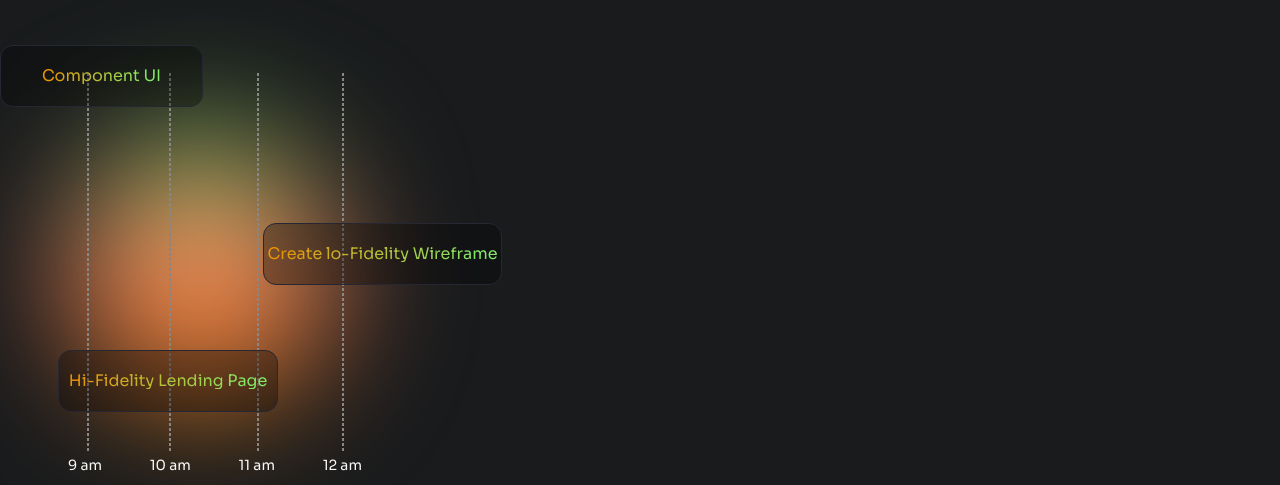
Repository: anhthiethumg/Task_Managerment_Website
Page: index.html
The author's editor kept a copy of each file at every save. The page is drawn from the files as they stood at one save, then again after a run of saves.
The browser window is 1280 px wide. The pictures show the part of the page from y = 2400 to 2885 px (the page is 2885 px tall).
A picture or video elsewhere on the page could not be fetched, so the positions and the page height are approximate.

Above is the page before, as saved 2023-07-31 08:57:29.

After the next 4 saves:
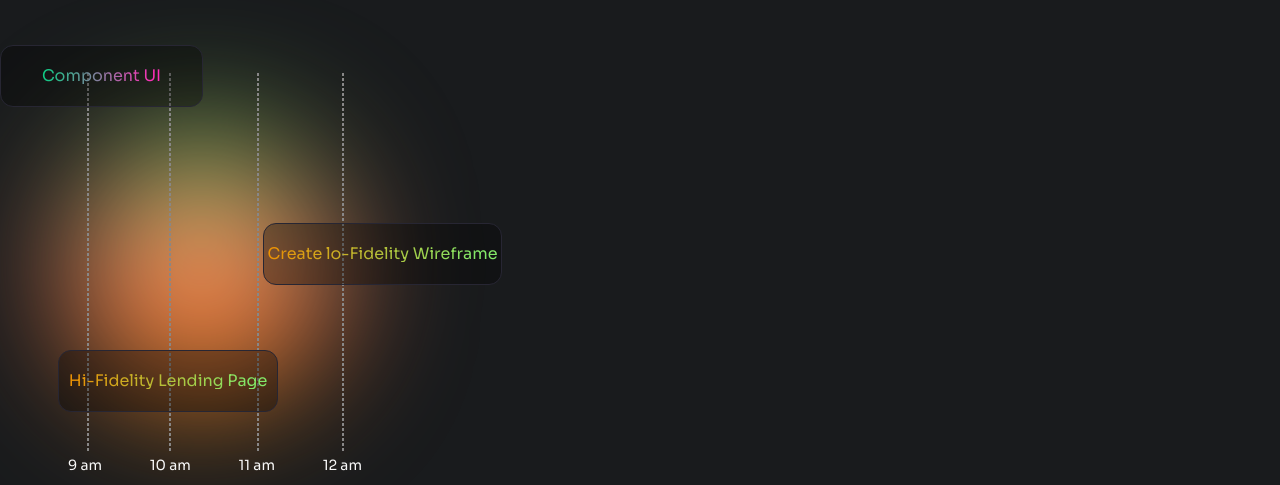
The 4 saves are shown as one change because they came seconds apart.
The last was saved 10 s later.
--- a/assets/css/styles.css
+++ b/assets/css/styles.css
@@ -692,7 +692,7 @@ a {
   left: -10px;
 }
 
-.feature__btn: .heading__liner {
+.feature__btn:nth-child(1) .heading__liner {
   background: linear-gradient(90deg, #0cce84 0%, #ff2eb8 94.43%);
   background-clip: text;
   -webkit-background-clip: text;
